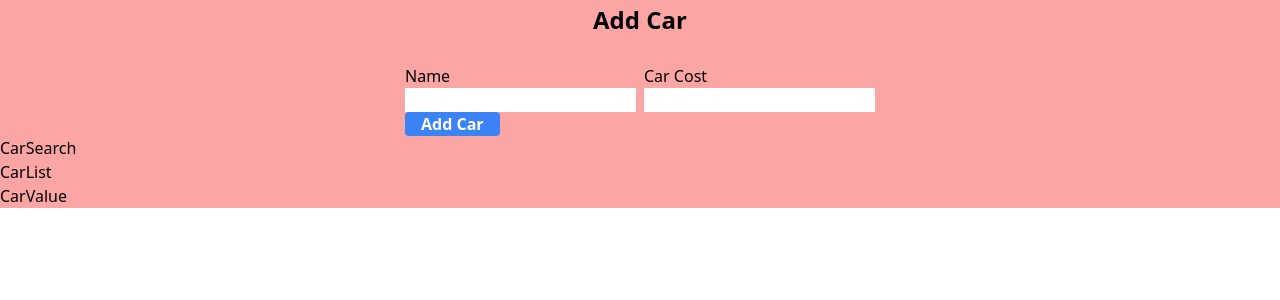
Repository: Marhamat92/carsappreduxtoolkit
Page: /
The author's editor kept a copy of each file at every save. The page is drawn from the files as they stood at one save, then again after the next save.
The browser window is 1280 px wide. The pictures show the whole page.
The project was rebuilt for these pictures with package versions that can differ from the ones it lists, and the page was loaded fresh each time.

Above is the page before, as saved 2023-01-23 21:10:17.

### src/index.js
import React from 'react';
import ReactDOM from 'react-dom/client';
import './index.css';
import App from './App';
import { Provider } from 'react-redux';
import { store } from './store'


const root = ReactDOM.createRoot(document.getElementById('root'));
root.render(
  <Provider store={store}>
    <App />
  </Provider>
);

### src/App.js
import CarForm from "./components/CarForm";
import CarList from "./components/CarList";
import CarSearch from "./components/CarSearch";
import CarValue from "./components/CarValue";


function App() {
  return (
    <div className="container mx-auto  bg-red-300">
      <CarForm />
      <CarSearch />
      <CarList />
      <CarValue />
    </div>
  );
}

export default App;

### src/store/index.js
import { configureStore } from "@reduxjs/toolkit";
import {
  carsReducer,
  addCar,
  removeCar,
  changeSearchTerm,
} from "./slices/carsSlice";
import { formReducer, changeName, changeCost } from "./slices/formSlice";

const store = configureStore({
  reducer: {
    cars: carsReducer,
    form: formReducer,
  },
})

export { store, addCar, removeCar, changeSearchTerm, changeName, changeCost };

### src/components/CarForm.js
import React from 'react'

function CarForm() {
  return (
    <div className='flex flex-col items-center justify-center'>
      <h1 className='font-bold text-2xl py-1' >Add Car</h1>
      <div className='mt-6'>
        <form className=''>
          <div className='flex flex-row space-x-2'>
            <div className='flex flex-col'>
              <label htmlFor='make'>Name</label>
              <input type='text' name='carName' id='carName' />
            </div>
            <div className='flex flex-col'>
              <label htmlFor='price'>Car Cost</label>
              <input type='text' name='price' id='price' />
            </div>
          </div>

          <button className='bg-blue-500 hover:bg-blue-700 text-white font-bold  px-4 rounded ' type='submit'>Add Car</button>
        </form>
      </div>
    </div>
  )
}

export default CarForm

### src/components/CarList.js
import React from 'react'

function CarList() {
  return (
    <div>CarList</div>
  )
}

export default CarList

### src/components/CarSearch.js
import React from 'react'

function CarSearch() {
  return (
    <div>CarSearch</div>
  )
}

export default CarSearch

### src/components/CarValue.js
import React from 'react'

function CarValue() {
  return (
    <div>CarValue</div>
  )
}

export default CarValue

### src/store/slices/carsSlice.js
import { createSlice, nanoid } from '@reduxjs/toolkit';

const carsSlice = createSlice({
  name: 'cars',
  initialState: {
    cars: [],
    searchTerm: ''
  },
  reducers: {
    changeSearchTerm(state, action) {
      state.searchTerm = action.payload;
    },
    addCar(state, action) {
      //Assumption:
      //action.payload is an object with the following properties:
      //name, cost, id
      state.cars.push({
        name: action.payload.name,
        cost: action.payload.cost,
        id: nanoid()
      })
    },
    removeCar(state, action) {
      //Assumption:
      //action.payload is the id of the car to remove
      const updatedCars = state.cars.filter((car) => {
        return car.id !== action.payload;
      })
      state.cars = updatedCars;
    }

  }
})

export const { changeSearchTerm, addCar, removeCar } = carsSlice.actions;
export const carsReducer = carsSlice.reducer;

### src/store/slices/formSlice.js
import { createSlice } from '@reduxjs/toolkit';

const formSlice = createSlice({
  name: 'form',
  initialState: {
    name: '',
    cost: 0
  },
  reducers: {
    changeName(state, action) {
      state.name = action.payload;
    },
    changeCost(state, action) {
      state.cost = action.payload;
    }
  }
})

export const { changeName, changeCost } = formSlice.actions;
export const formReducer = formSlice.reducer;

Loaded but not shown: public/index.html (common file); src/index.css (common file); tailwind.config.js (common file)

After the next save:
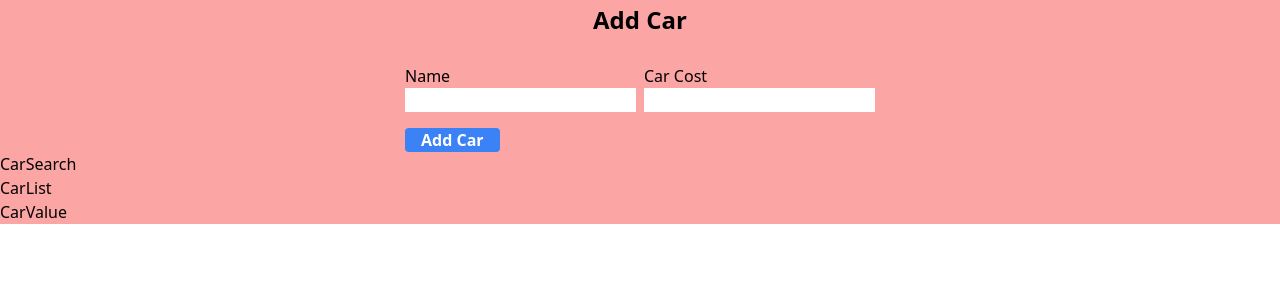
Saved 16 s later.
--- a/src/components/CarForm.js
+++ b/src/components/CarForm.js
@@ -17,7 +17,7 @@ function CarForm() {
             </div>
           </div>
 
-          <button className='bg-blue-500 hover:bg-blue-700 text-white font-bold  px-4 rounded ' type='submit'>Add Car</button>
+          <button className='bg-blue-500 hover:bg-blue-700 text-white font-bold  px-4 rounded mt-4' type='submit'>Add Car</button>
         </form>
       </div>
     </div>
